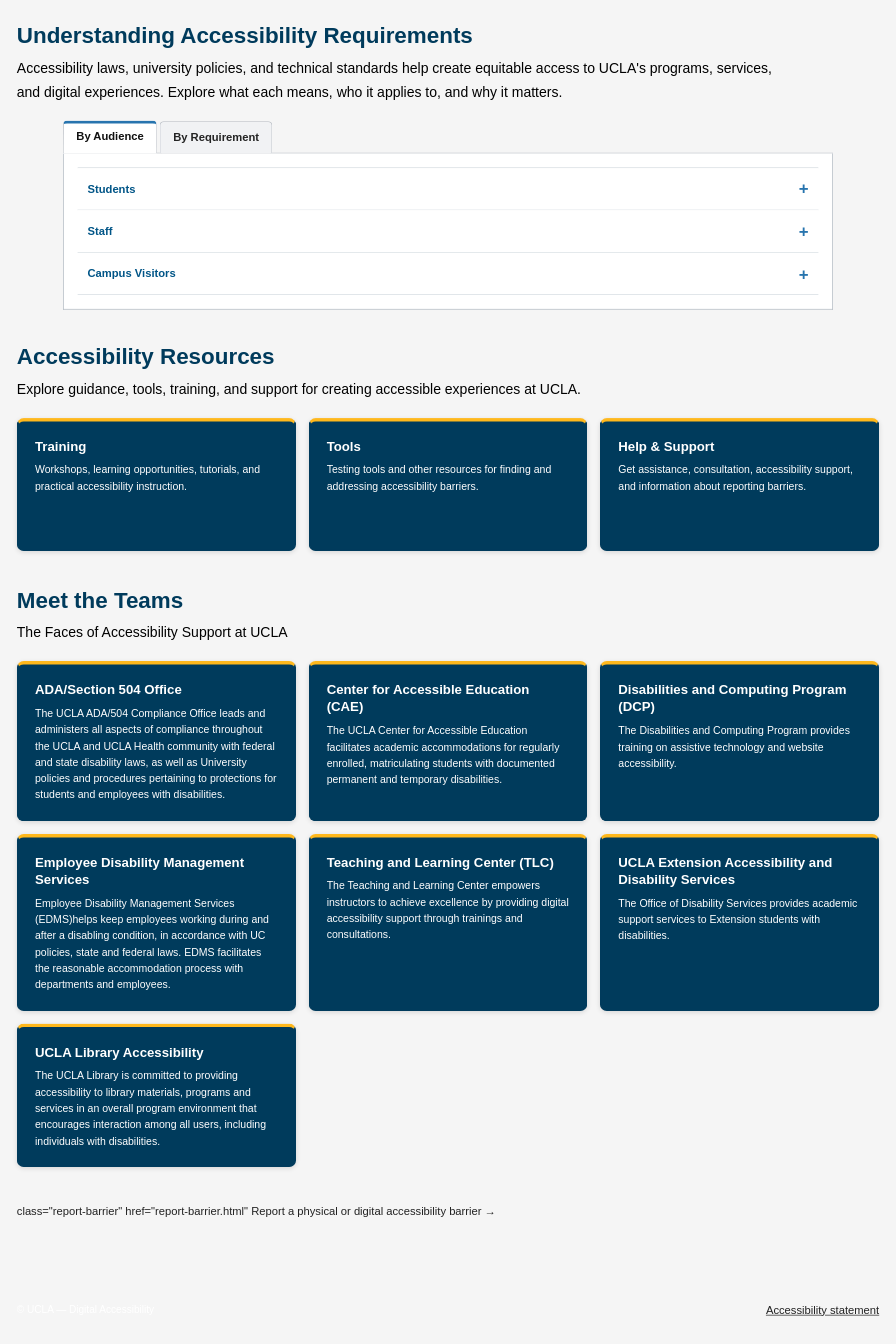
Repository: PSunnywell/UCLA-A11y-barrier-page
Page: index.html
The author's editor kept a copy of each file at every save. The page is drawn from the files as they stood at one save, then again after the next save.
The browser window is 1280 px wide. The pictures show the part of the page from y = 695 to 2615 px (the page is 2615 px tall), at 70% of full size.

Above is the page before, as saved 2026-10-13 19:53:30.
Not found: search.js

After the next save:
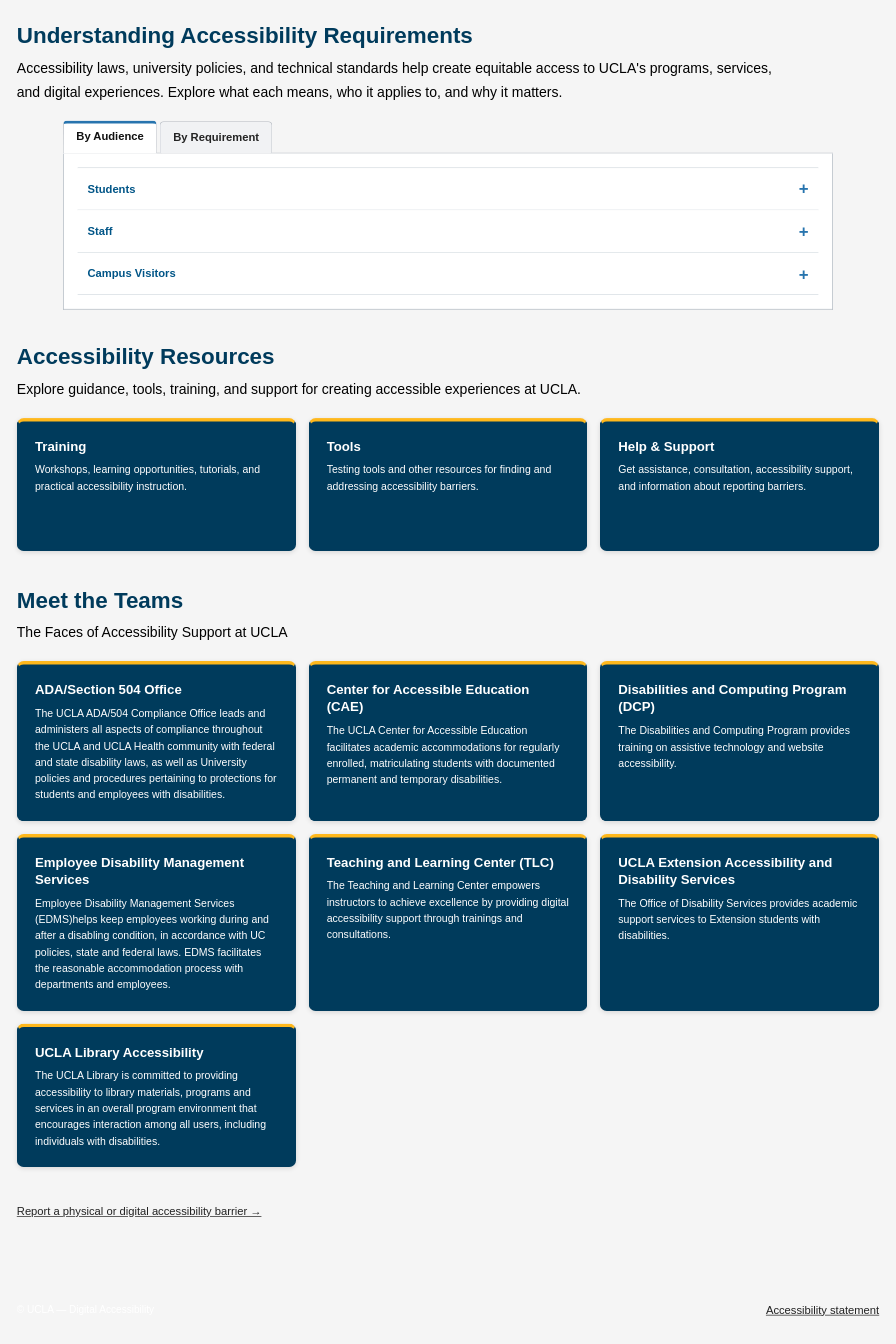
Saved 2 min 38 s later.
--- a/index.html
+++ b/index.html
@@ -323,20 +323,20 @@
         REPORT BARRIER
          ===================================================== -->
 
-    <section aria-labelledby="report-barrier">
-
-      <div class="report-barrier">
-
-        <a>
-          class="report-barrier"
-          href="report-barrier.html"
-
-          Report a physical or digital accessibility barrier →
-        </a>
-
-      </div>
-
-    </section>
+
+<section aria-label="Report an accessibility barrier">
+
+  <div class="report-barrier">
+
+    <a class="report-barrier-button"
+       href="report-barrier.html">
+      Report a physical or digital accessibility barrier →
+    </a>
+
+  </div>
+
+</section>
+
 
   </main>
 
